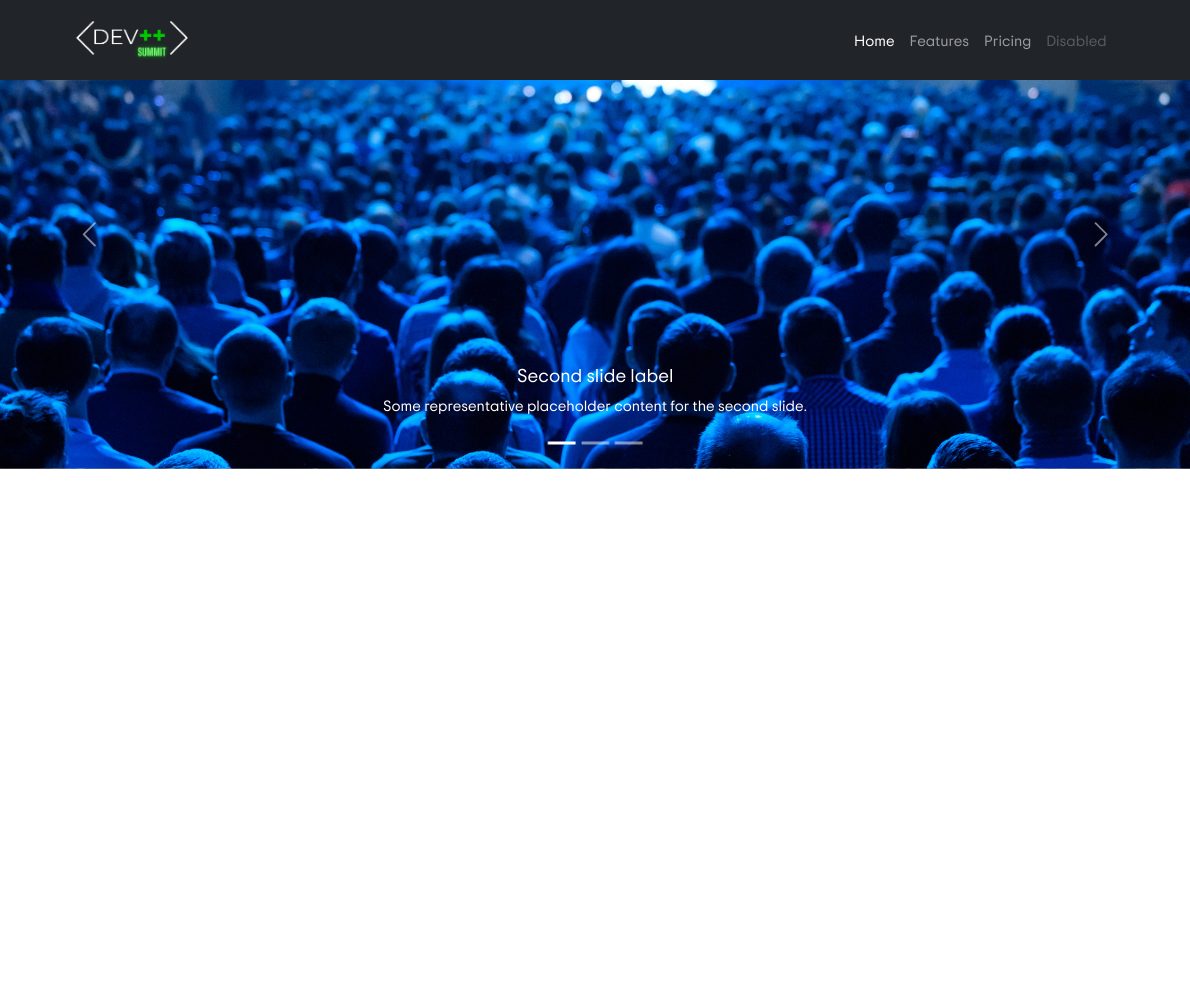
Repository: GScholl/ProjetoWeb_
Page: index.html
The author's editor kept a copy of each file at every save. The page is drawn from the files as they stood at one save, then again after the next save.
The browser window is 1280 px wide. The pictures show the whole page, at 93% of full size.

Above is the page before, as saved 2023-08-23 09:26:05.

### index.html
<!DOCTYPE html>
<html lang="pt-BR">

<head>
  <meta charset="UTF-8">
  <meta name="viewport" content="width=device-width, initial-scale=1.0">
  <title>Dev+</title>
  <link rel="stylesheet" href="/Bootstrap/css/bootstrap.min.css">
  <link rel="stylesheet" href="/css/style.css">
</head>

<body>
  <nav class="navbar navbar-expand-lg fixed-top navbar-dark bg-dark t">
    <div class="container d-flex  flex-row  justify-content-between">


        <a class="navbar-brand" href="#"><img src="/img/DEV+.png" alt="logotipo da conferência" class="logo"></a>
        <button class="navbar-toggler" type="button" data-bs-toggle="collapse" data-bs-target="#navbarNav"
          aria-controls="navbarNav" aria-expanded="false" aria-label="Toggle navigation">
          <span class="navbar-toggler-icon"></span>
        </button>

      <div class="collapse navbar-collapse justify-content-end " id="navbarNav">
        <ul class="navbar-nav">
          <li class="nav-item">
            <a class="nav-link active" aria-current="page" href="#">Home</a>
          </li>
          <li class="nav-item">
            <a class="nav-link" href="#">Features</a>
          </li>
          <li class="nav-item">
            <a class="nav-link" href="#">Pricing</a>
          </li>
          <li class="nav-item">
            <a class="nav-link disabled">Disabled</a>
          </li>
        </ul>
      </div>

    </div>
  </nav>
<div id="carouselExampleCaptions" class="carousel slide" data-bs-ride="false">
  <div class="carousel-indicators">
    <button type="button" data-bs-target="#carouselExampleCaptions" data-bs-slide-to="0" class="active"
      aria-current="true" aria-label="Slide 1"></button>
    <button type="button" data-bs-target="#carouselExampleCaptions" data-bs-slide-to="1" aria-label="Slide 2"></button>
    <button type="button" data-bs-target="#carouselExampleCaptions" data-bs-slide-to="2" aria-label="Slide 3"></button>
  </div>

  <div class="carousel-inner">
    <div class="carousel-item active  item-1">

      <div class="carousel-caption d-none d-md-block">
        <h5>First slide label</h5>
        <p>Some representative placeholder content for the first slide.</p>
      </div>
    </div>
    <div class="carousel-item d-flex justify-content-center align-items-center item-2 ">

      <div class="carousel-caption d-none d-md-block">
        <h5>Second slide label</h5>
        <p>Some representative placeholder content for the second slide.</p>
      </div>
    </div>
    <div class="carousel-item item-3">

      <div class="carousel-caption d-none d-md-block">
        <h5>Third slide label</h5>
        <p>Some representative placeholder content for the third slide.</p>
      </div>
    </div>
  </div>
  <button class="carousel-control-prev" type="button" data-bs-target="#carouselExampleCaptions" data-bs-slide="prev">
    <span class="carousel-control-prev-icon" aria-hidden="true"></span>
    <span class="visually-hidden">Previous</span>
  </button>
  <button class="carousel-control-next" type="button" data-bs-target="#carouselExampleCaptions" data-bs-slide="next">
    <span class="carousel-control-next-icon" aria-hidden="true"></span>
    <span class="visually-hidden">Next</span>
  </button>
</div>
  <script src="/Bootstrap/js/bootstrap.bundle.min.js"></script>
</body>

</html>

### css/style.css
@font-face {
  font-family: "Trip-sans";
  src: url(/font/TripSans-Regular.ttf);
}
* {
  font-family: "Trip-sans", sans-serif;
  transition: 0.2s all;
}
body{
  height: 150vh;;
}
.logo {
  height: 60px;
}
.item-1 {
  background-image: url(/img/1.png);
  height: 70vh;
  background-position: center;
  background-size: cover;
 background-repeat: no-repeat;
}
.item-2 {
  background-image: url(/img/2.png);
  height: 70vh;
  background-position: center;
  background-size: cover;
  background-repeat: no-repeat;

}
.item-3 {
  background-image: url(/img/3.png);
  height: 70vh;
  background-position: center;
  background-size: cover;
  background-repeat: no-repeat;
}

Loaded but not shown: Bootstrap/css/bootstrap.min.css (library); Bootstrap/js/bootstrap.bundle.min.js (library)

After the next save:
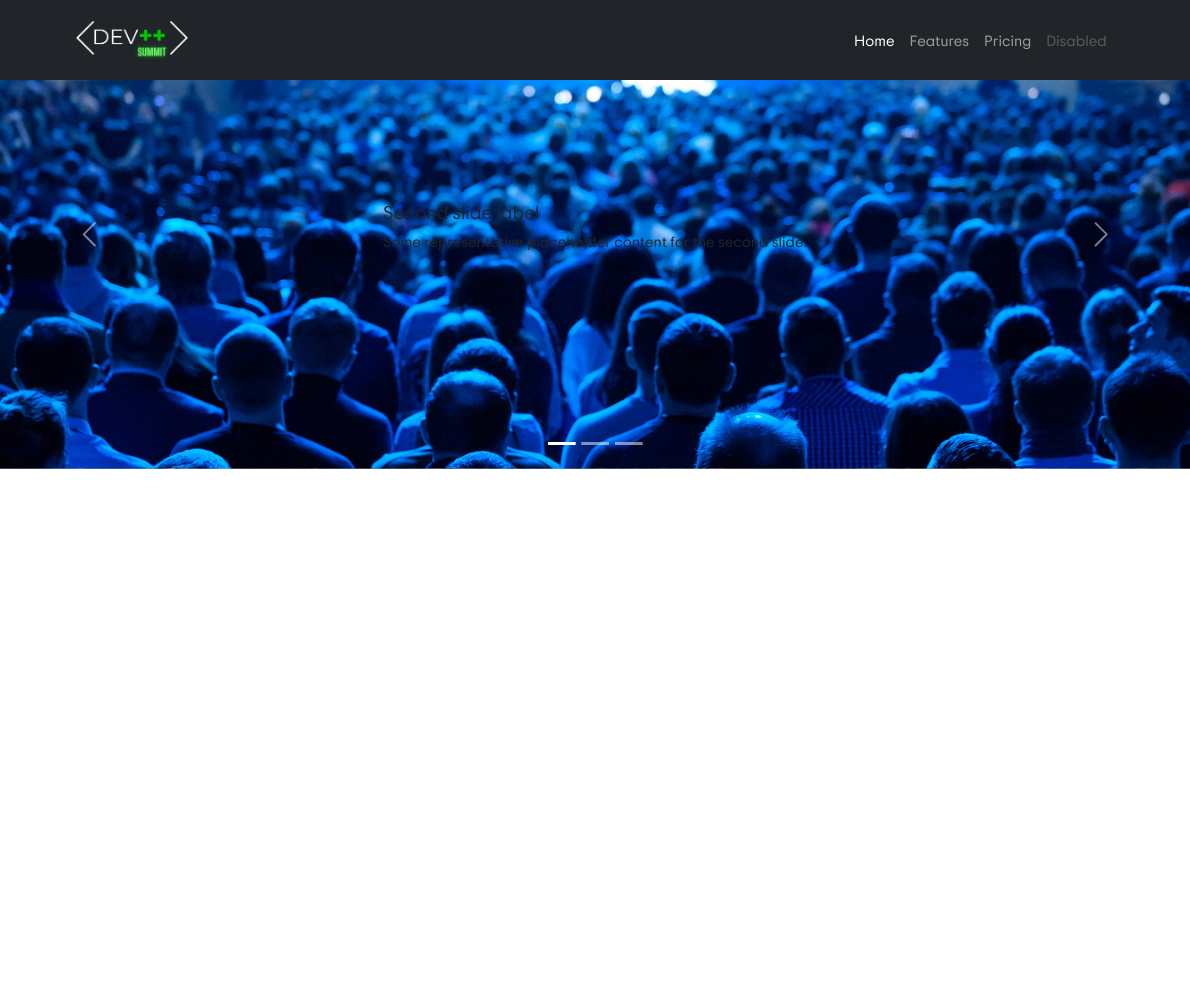
Saved 42 s later.
--- a/index.html
+++ b/index.html
@@ -57,7 +57,7 @@
     </div>
     <div class="carousel-item d-flex justify-content-center align-items-center item-2 ">
 
-      <div class="carousel-caption d-none d-md-block">
+      <div class="">
         <h5>Second slide label</h5>
         <p>Some representative placeholder content for the second slide.</p>
       </div>
